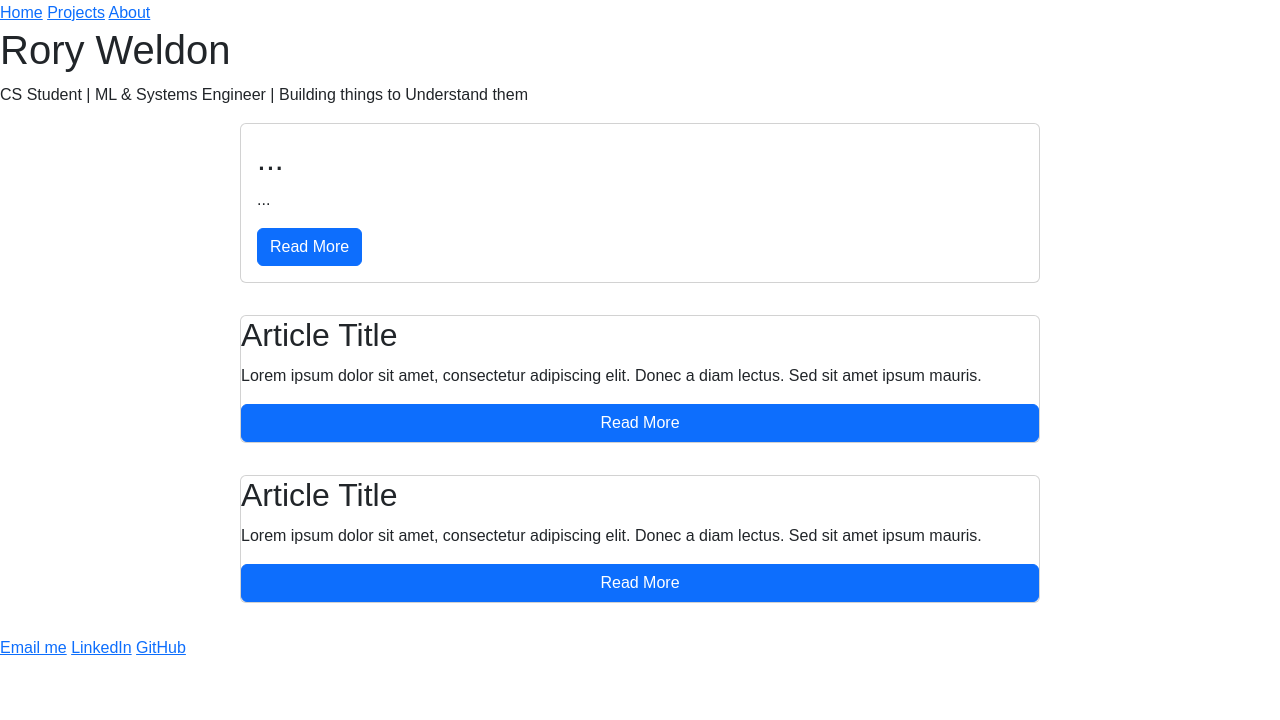
Repository: Art3misF0wl90/Portfolio
Page: index.html
The author's editor kept a copy of each file at every save. The page is drawn from the files as they stood at one save, then again after the next save.
The browser window is 1280 px wide. The pictures show the whole page.

Above is the page before, as saved 2026-06-17 19:05:23.

After the next save:
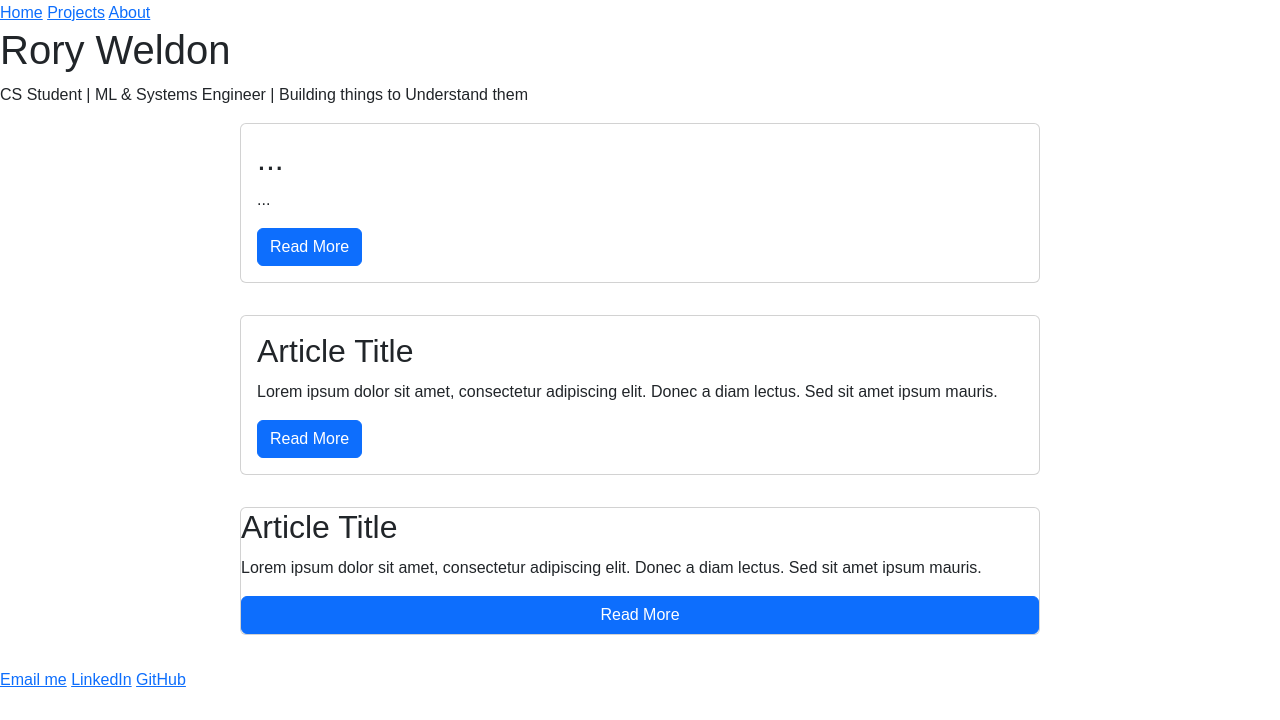
Saved 6 s later.
--- a/index.html
+++ b/index.html
@@ -41,12 +41,14 @@
         </div>
       </article>
       <article class="card">
-        <h2 class="card-title">Article Title</h2>
-        <p class="card-text">
-          Lorem ipsum dolor sit amet, consectetur adipiscing elit. Donec a diam
-          lectus. Sed sit amet ipsum mauris.
-        </p>
-        <button class="btn btn-primary">Read More</button>
+        <div class="card-body">
+          <h2 class="card-title">Article Title</h2>
+          <p class="card-text">
+            Lorem ipsum dolor sit amet, consectetur adipiscing elit. Donec a diam
+            lectus. Sed sit amet ipsum mauris.
+          </p>
+          <a href="..." class="btn btn-primary">Read More</a>
+        </div>
       </article>
       <!-- Add more articles as needed -->
       <article class="card">
